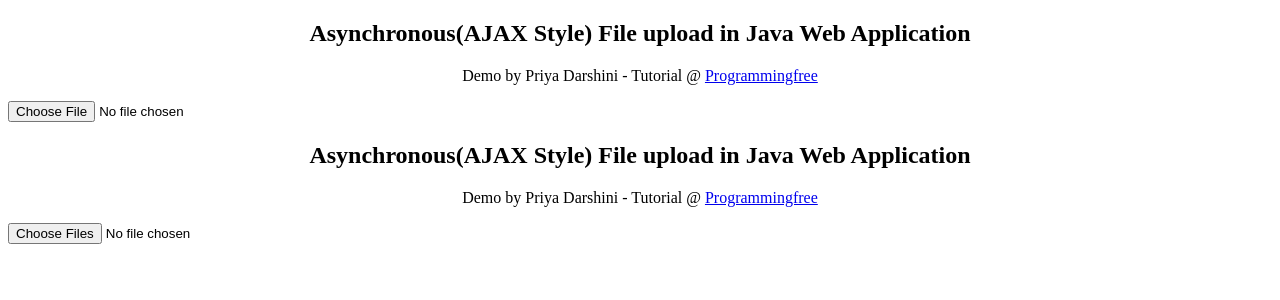
Repository: UnforgivenZZZ/bulldog
Page: http://localhost/bulldog/up.jsp
The author's editor kept a copy of each file at every save. The page is drawn from the files as they stood at one save, then again after the next save.
The browser window is 1280 px wide. The pictures show the whole page.
The page is served by Tomcat 9. Other server files are loaded and not shown.

Above is the page before, as saved 2017-07-18 21:45:03.

### bulldog/WebContent/up.jsp
<%@ page language="java" contentType="text/html; charset=ISO-8859-1"
    pageEncoding="ISO-8859-1"%>
<!DOCTYPE html PUBLIC "-//W3C//DTD HTML 4.01 Transitional//EN" "http://www.w3.org/TR/html4/loose.dtd">
<html>
<head>
<meta http-equiv="Content-Type" content="text/html; charset=ISO-8859-1">
<title>Upload page</title>
</head>
<body>
<form>
<div class="centered">
 <h2 style="text-align:center;">Asynchronous(AJAX Style) File upload in Java Web Application</h2>
 <p style="text-align:center;">Demo by Priya Darshini - Tutorial @ <a href="http://www.programming-free.com/2013/06/ajax-file-upload-java-iframe.html">Programmingfree</a></p>
 <input type="file" name="datafile"/><br/>
 <div id="upload" style="display:none;">Uploading..</div>
</div>
</form>

<form id="f2">
<div class="centered">
 <h2 style="text-align:center;">Asynchronous(AJAX Style) File upload in Java Web Application</h2>
 <p style="text-align:center;">Demo by Priya Darshini - Tutorial @ <a href="http://www.programming-free.com/2013/06/ajax-file-upload-java-iframe.html">Programmingfree</a></p>
 <input type="file" name="datafile" multiple/><br/>
 <div id="upload" style="display:none;">Uploading..</div>
</div>
</form>



<script src="/bulldog/js/jquery-1.8.2.js"></script>
<script src="/bulldog/js/jquery.ajaxfileupload.js"></script>
<script language="Javascript">
$(document).ready(function(){
	 $('input[type="file"]').ajaxfileupload({
	      'action': 'upload?user=aaa',
	  'onComplete': function(response) {
	        $('#upload').hide();
	        alert("File SAVED!!");
	      },
	      'onStart': function() {
	        $('#upload').show();
	      }
	 });
});

</script>
</body>

</html>

Loaded but not shown: bulldog/WebContent/js/jquery-1.8.2.js (library); bulldog/WebContent/js/jquery.ajaxfileupload.js (library)

After the next save:
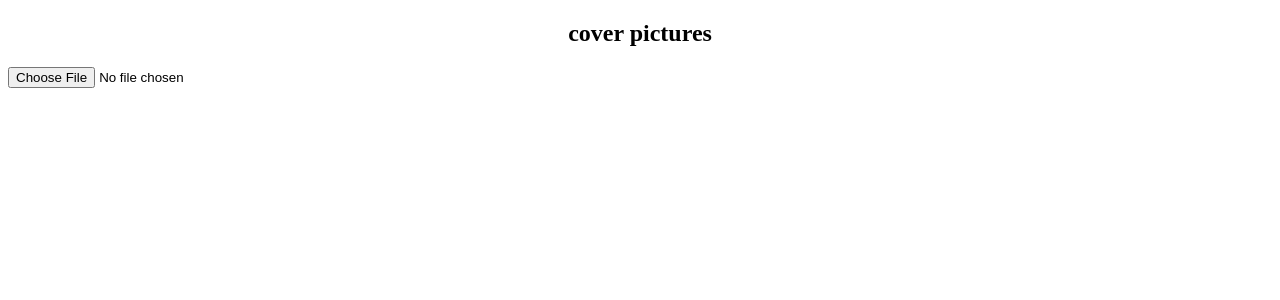
Saved 6 min 27 s later.
--- a/bulldog/WebContent/up.jsp
+++ b/bulldog/WebContent/up.jsp
@@ -9,21 +9,19 @@
 <body>
 <form>
 <div class="centered">
- <h2 style="text-align:center;">Asynchronous(AJAX Style) File upload in Java Web Application</h2>
- <p style="text-align:center;">Demo by Priya Darshini - Tutorial @ <a href="http://www.programming-free.com/2013/06/ajax-file-upload-java-iframe.html">Programmingfree</a></p>
+ <h2 style="text-align:center;">cover pictures</h2>
  <input type="file" name="datafile"/><br/>
  <div id="upload" style="display:none;">Uploading..</div>
 </div>
 </form>
 
-<form id="f2">
+<!-- <form id="sub_pics">
 <div class="centered">
- <h2 style="text-align:center;">Asynchronous(AJAX Style) File upload in Java Web Application</h2>
- <p style="text-align:center;">Demo by Priya Darshini - Tutorial @ <a href="http://www.programming-free.com/2013/06/ajax-file-upload-java-iframe.html">Programmingfree</a></p>
+ <h2 style="text-align:center;">sub pictures</h2>
  <input type="file" name="datafile" multiple/><br/>
  <div id="upload" style="display:none;">Uploading..</div>
 </div>
-</form>
+</form> -->
 
 
 
